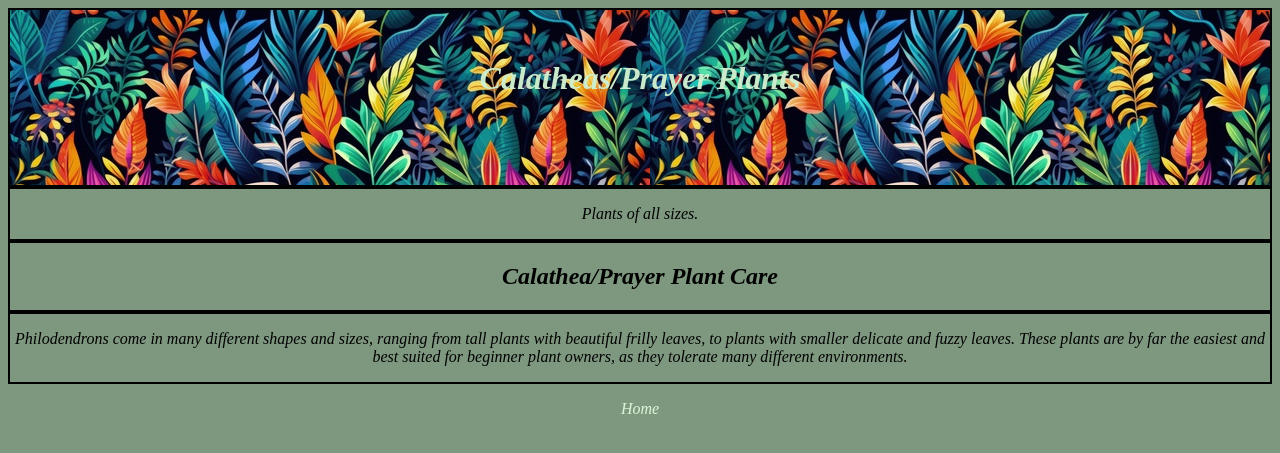
Repository: swillis91/odin-recipies
Page: Planty Page/philodendrons.html
These files come from the project's save history. The page is drawn as it stood at one moment and after the next save; the edit follows.
The browser window is 1280 px wide. The pictures show the whole page.

Above is the page before, as saved 2023-08-11 23:00:33.

### Planty Page/philodendrons.html
<!DOCTYPE html>
    <html>
        <head>
            <title>Calatheas</title>
            <link href="style.css" rel="stylesheet"
        </head>
        <body>
            <div class="Header">
            <h1 class="heading">Calatheas/Prayer Plants</h1>
            </div>
            <div class="box">
              <p>Plants of all sizes.</p>
            </div>
            <div class="box">
            <h2 class="species">Calathea/Prayer Plant Care</h2>
            </div>
            <div class="box">
                <p class="care">Philodendrons come in many different shapes and sizes, ranging from tall plants with beautiful frilly leaves, to plants with smaller delicate and fuzzy leaves. These plants are by far the easiest and best suited for beginner plant owners, as they tolerate many different environments.
                <br>
            </p>
            </div>
              </p>
                <!--img src="./Images/makoyana.webp" id="calathea makoyana" width="700px"-->
            <footer>
                <nav>
                    <a href="./index.html" class="navigation">Home</a>

                </nav>
            </footer>
        </body>
    </html>

### Planty Page/style.css
body{
    background-color: rgb(126, 152, 127);
    color:black;
    text-align: center;
    font-family:cursive;
    font-style: oblique;
}

.heading{
    color: rgba(207, 239, 207, 0.974);
    border: 2px solid rgb(0, 3, 3);
    background-image: url('Images/banner.jpg');
    height: 75px;
    margin: 0 auto;
    padding:50px 20px;

}

div.box{
    border:2px solid black;
    display: flex;
    margin-left: auto;
    flex-direction:column;
}

#calathea-makoyana{
    width: 500px;
    Height: auto:
}

.navigation{
    color:rgb(216, 247, 217);
    text-decoration: none;
}

After the next save:
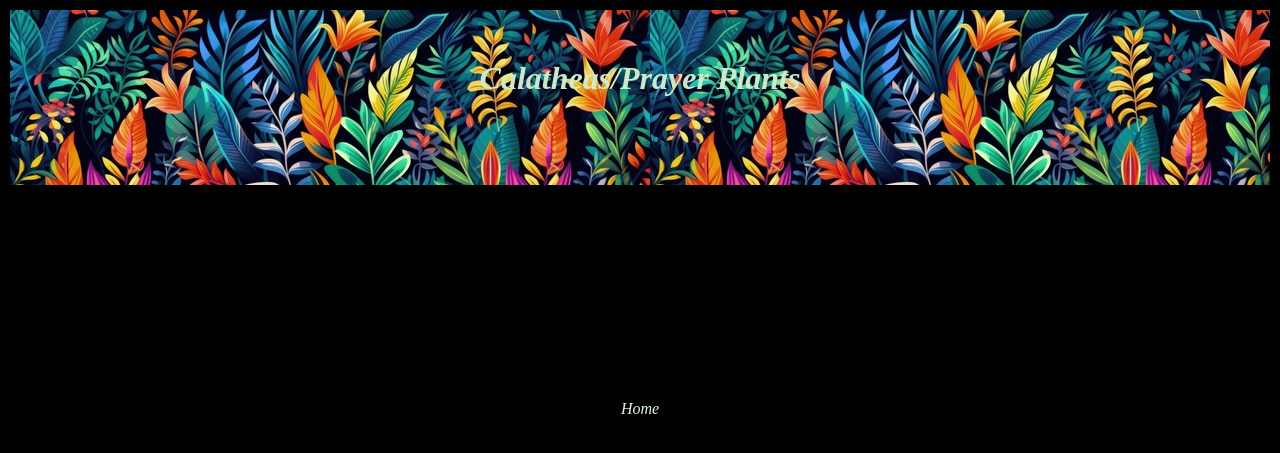
Saved 12 min 31 s later.
--- a/Planty Page/style.css
+++ b/Planty Page/style.css
@@ -1,5 +1,5 @@
 body{
-    background-color: rgb(126, 152, 127);
+    background-color: rgb(0, 0, 0);
     color:black;
     text-align: center;
     font-family:cursive;
